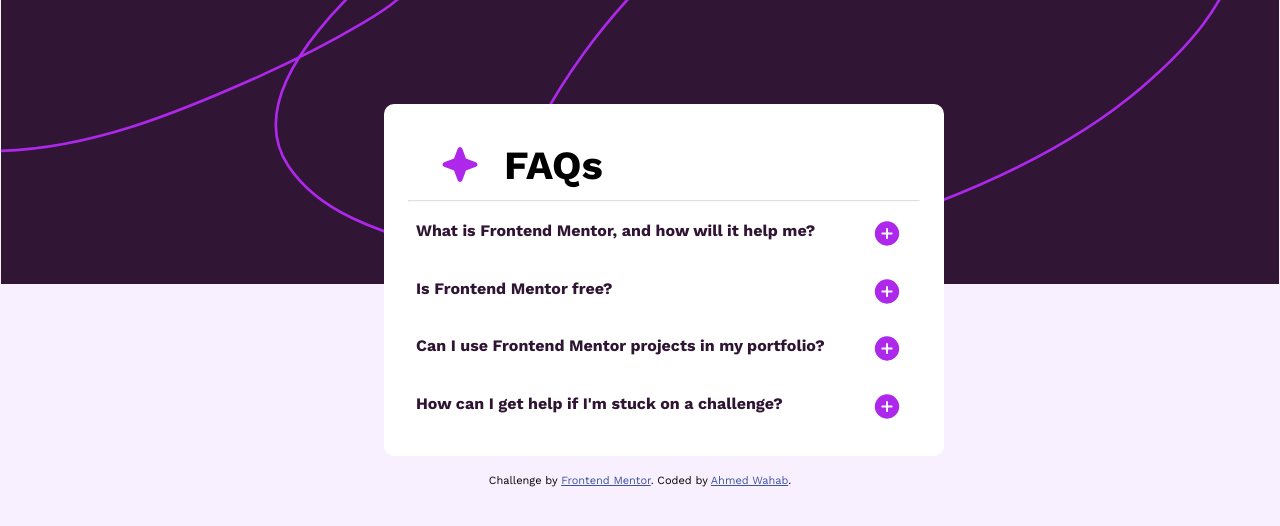
Repository: imokha01/accordion-main
Page: index.html
These files come from the project's save history. The page is drawn as it stood at one moment and after the next save; the edit follows.
The browser window is 1280 px wide. The pictures show the whole page.

Above is the page before, as saved 2023-12-27 23:55:08.

After the next save:
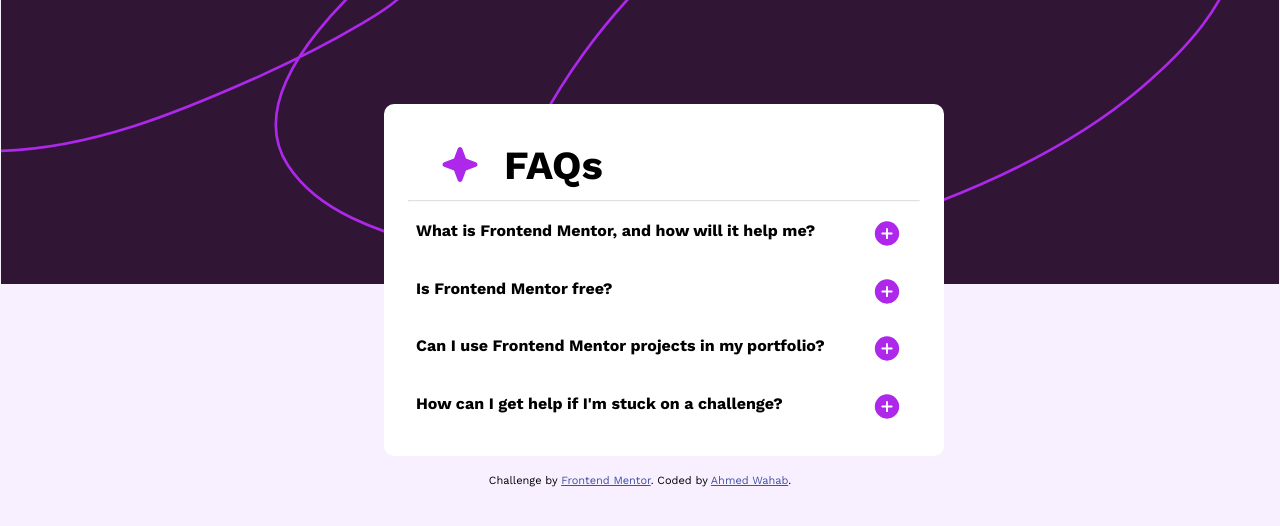
Saved 13 s later.
--- a/index.css
+++ b/index.css
@@ -97,7 +97,7 @@
 
 .title p {
     font-weight: 700;
-    color: var(--darkPurple);
+    /* color: var(--darkPurple); */
     cursor: pointer;
 }
 

After the save that followed:
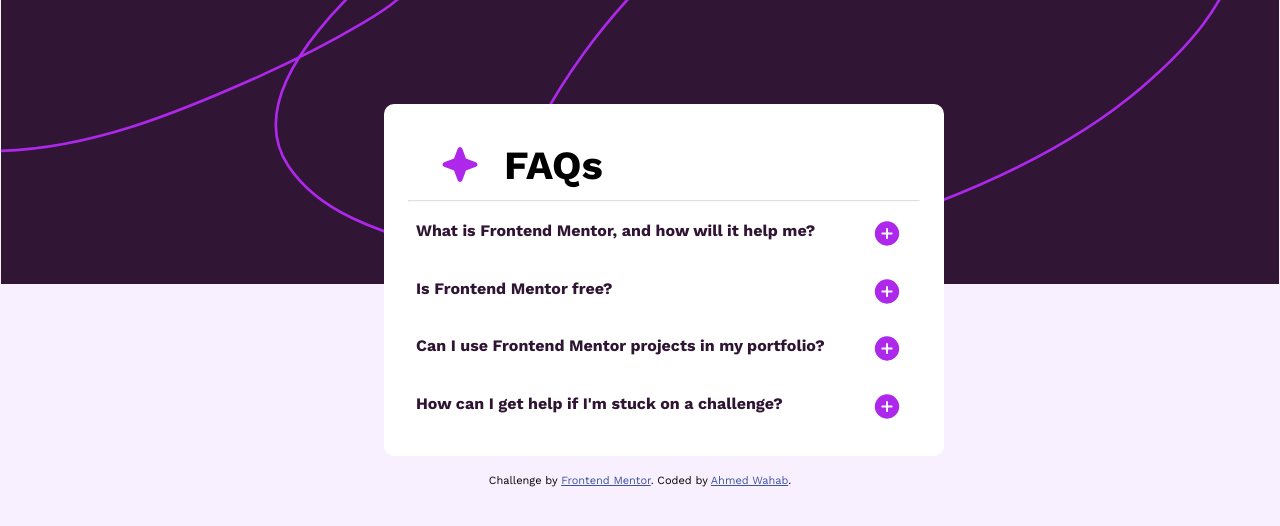
Saved 12 s later.
--- a/index.css
+++ b/index.css
@@ -97,7 +97,7 @@
 
 .title p {
     font-weight: 700;
-    /* color: var(--darkPurple); */
+    color: var(--darkPurple);
     cursor: pointer;
 }
 
